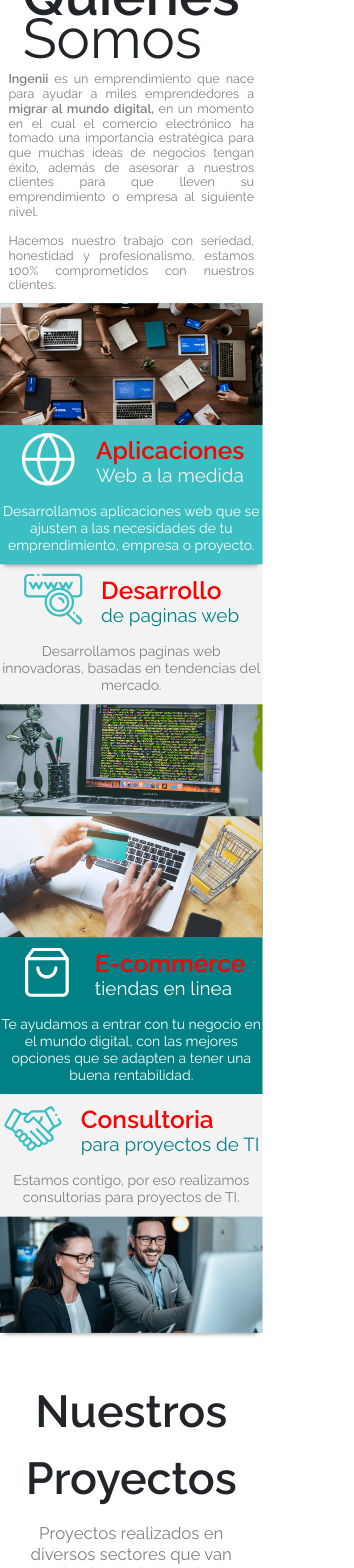
Repository: mariomr87/testwebpage
Page: index.html
These files come from the project's save history. The page is drawn as it stood at one moment and after the next save; the edit follows.
The browser window is 375 px wide. The page is 506 px wide, so the pictures cover 506 px, including what lies to the right of the window. The pictures show the part of the page from y = 1563 to 3803 px (the page is 5593 px tall), at 70% of full size.
Some web libraries are served in a nearby version.

Above is the page before, as saved 2021-10-13 22:31:21.

After the next save:
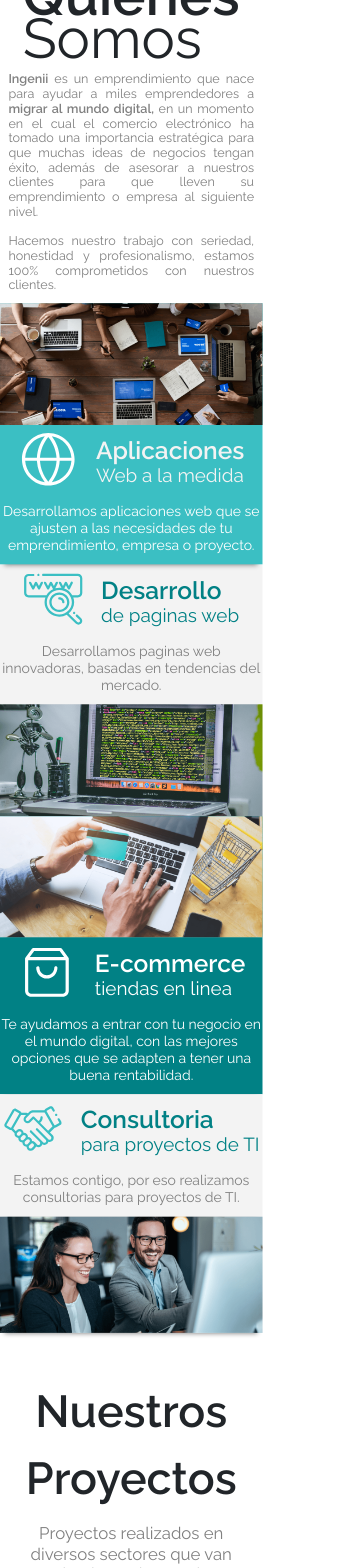
Saved 26 s later.
--- a/style.css
+++ b/style.css
@@ -442,9 +442,6 @@ body{
 		order: 0;
 	}
 
-	.text-app-icon{
-		color: red;
-	}
 /*
 	.three{
 		order: 3;
